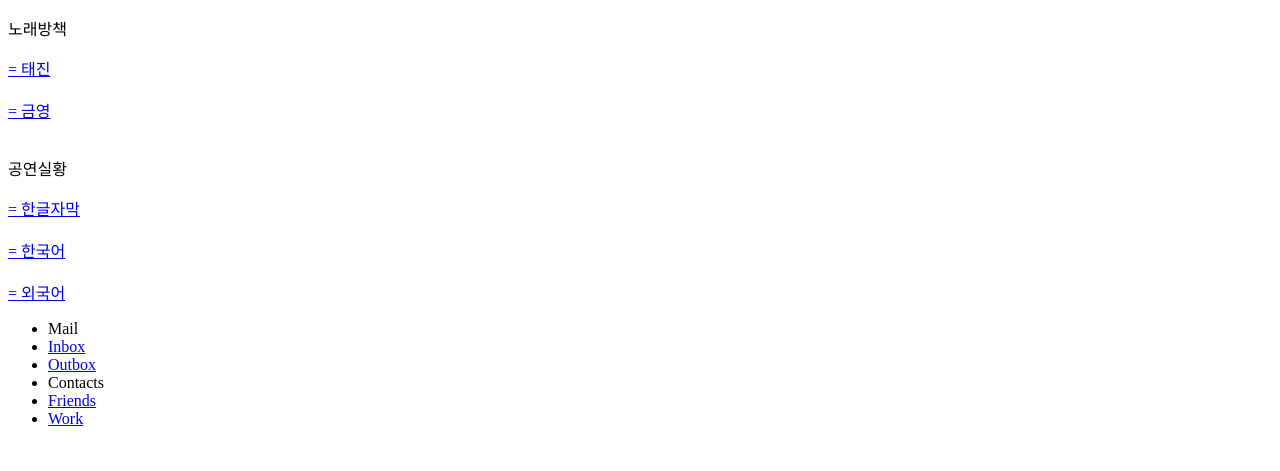
Repository: coriel/ObjectiveC
Page: http://localhost/MusicalTube/WEB-INF/views/menu.jsp
These files come from the project's save history. The page is drawn as it stood at one moment and after the next save; the edit follows.
The browser window is 1280 px wide. The pictures show the whole page.
The page is served by Tomcat 9. Nobody is signed in. Other server files are loaded and not shown. The template is opened directly, without the code that normally fills it, so the values that code supplies are empty.

Above is the page before, as saved 2016-02-15 07:06:42.

### Workspace/MusicalTube/src/main/webapp/WEB-INF/views/menu.jsp
<%@ page language="java" contentType="text/html;charset=UTF-8"
    pageEncoding="UTF-8"%>
<!DOCTYPE html PUBLIC "-//W3C//DTD HTML 4.01 Transitional//EN" "http://www.w3.org/TR/html4/loose.dtd">
<html>
<head>
<meta http-equiv="Content-Type" content="text/html; charset=UTF-8">
<title>Insert title here</title>
</head>
<body>
  <div data-role="panel" id="myPanel" width="100px">
    <p>노래방책</p>
	<a href="song_t" blur="none">= 태진</a><br/><br/>
    <a href="song_k">= 금영</a><br/><br/>
    <p>공연실황</p>
    <a href="song_t">= 한글자막</a><br/><br/>
    <a href="song_k">= 한국어</a><br/><br/>
    <a href="song_k">= 외국어</a><br/>

    <ul data-role="listview" data-inset="true" data-divider-theme="a">
	<li data-role="list-divider">Mail</li>
	<li><a href="#">Inbox</a></li>
	<li><a href="#">Outbox</a></li>
	<li data-role="list-divider">Contacts</li>
	<li><a href="#">Friends</a></li>
	<li><a href="#">Work</a></li>
</ul>
  </div>




</body>
</html>

After the next save:
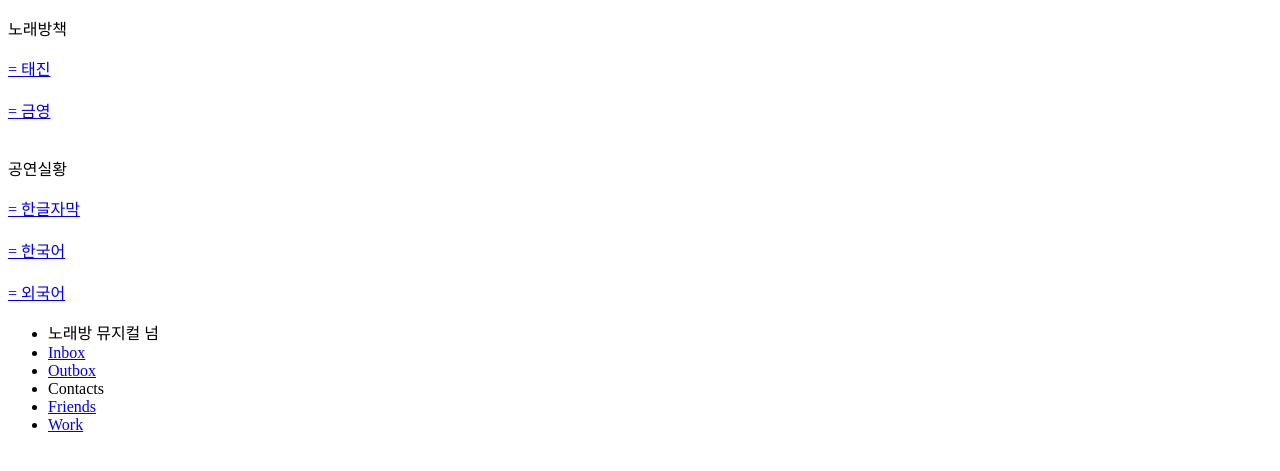
Saved 11 s later.
--- a/Workspace/MusicalTube/src/main/webapp/WEB-INF/views/menu.jsp
+++ b/Workspace/MusicalTube/src/main/webapp/WEB-INF/views/menu.jsp
@@ -17,7 +17,7 @@
     <a href="song_k">= 외국어</a><br/>
 
     <ul data-role="listview" data-inset="true" data-divider-theme="a">
-	<li data-role="list-divider">Mail</li>
+	<li data-role="list-divider">노래방 뮤지컬 넘</li>
 	<li><a href="#">Inbox</a></li>
 	<li><a href="#">Outbox</a></li>
 	<li data-role="list-divider">Contacts</li>
